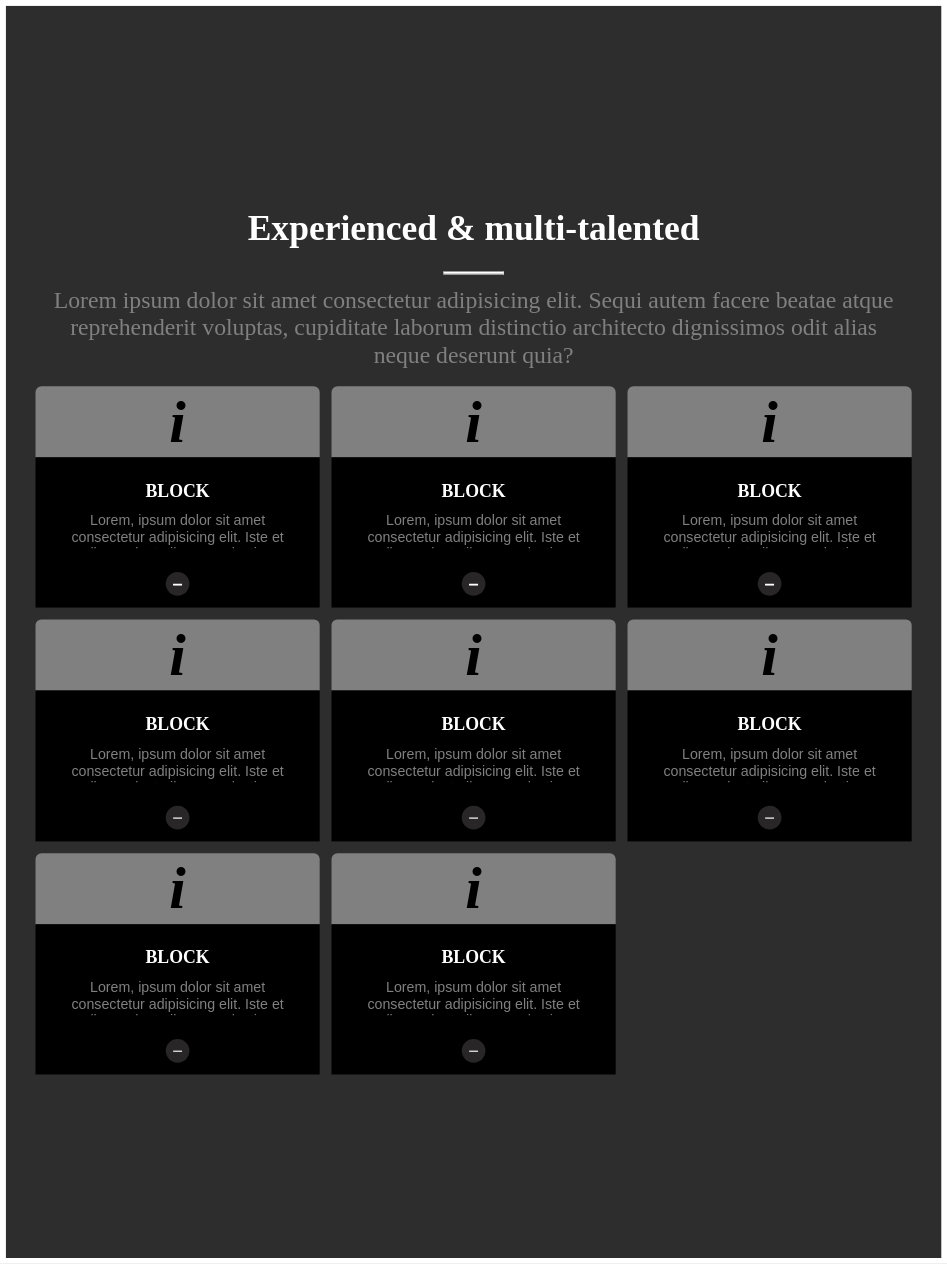
Repository: MohmdMHR/limesharp-test
Page: /
An editor plug-in stored every save of this project. The page is shown before and after the next save, followed by the edit.
The browser window is 1280 px wide. The pictures show the whole page, at 74% of full size.
The project was rebuilt for these pictures with package versions that can differ from the ones it lists, and the page was loaded fresh each time. Also part of the build but not shown: vue.config.js.

Above is the page before, as saved 2022-07-20 18:38:53.

After the next save:
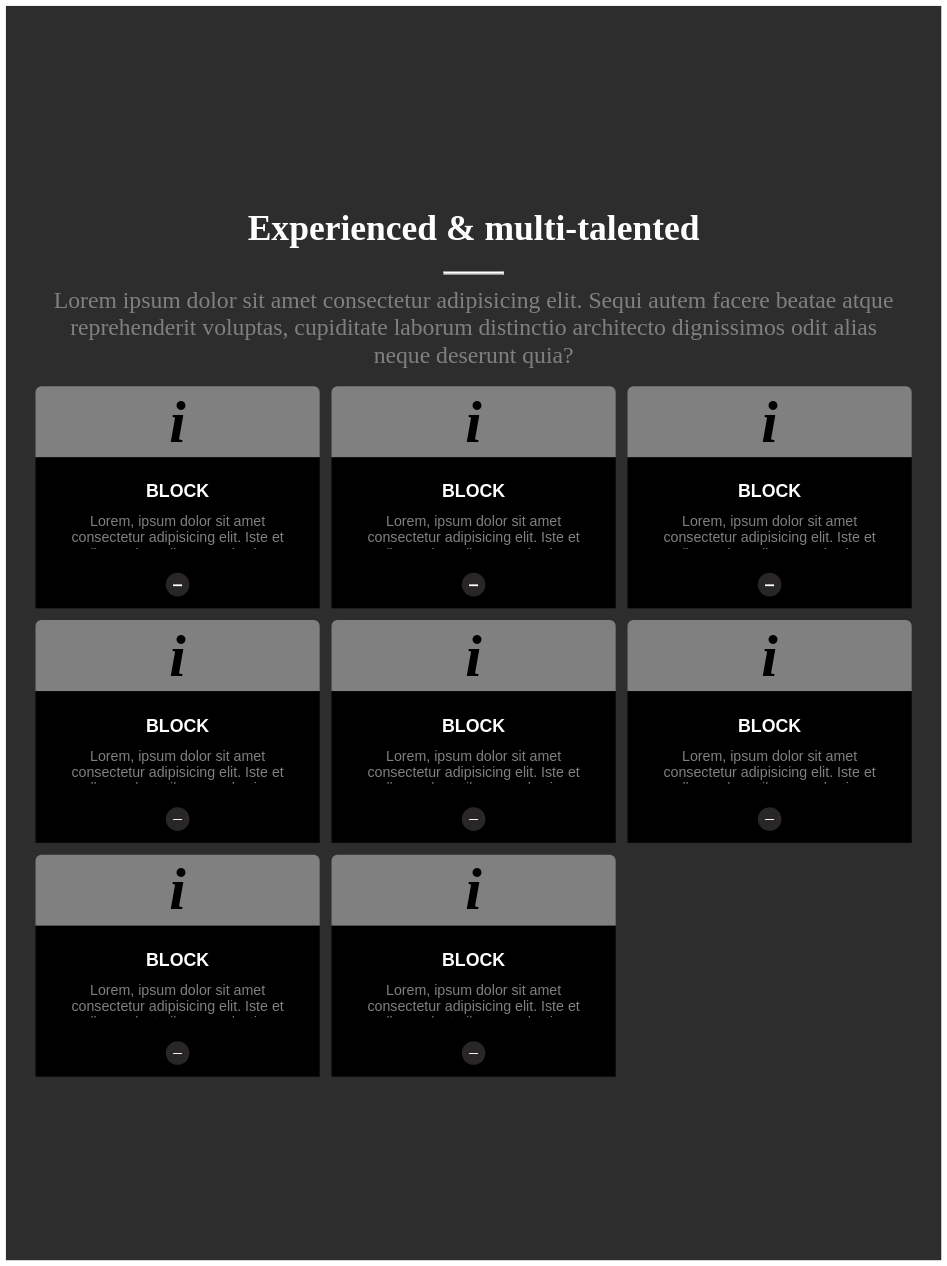
Saved 94 s later.
--- a/src/components/card.vue
+++ b/src/components/card.vue
@@ -65,7 +65,7 @@ export default {
   color: white;
   text-transform: uppercase;
   text-align: center;
-
+  font-family: "gotham-bold", sans-serif;
   font-size: 1.5rem;
 }
 .card-content-text {
